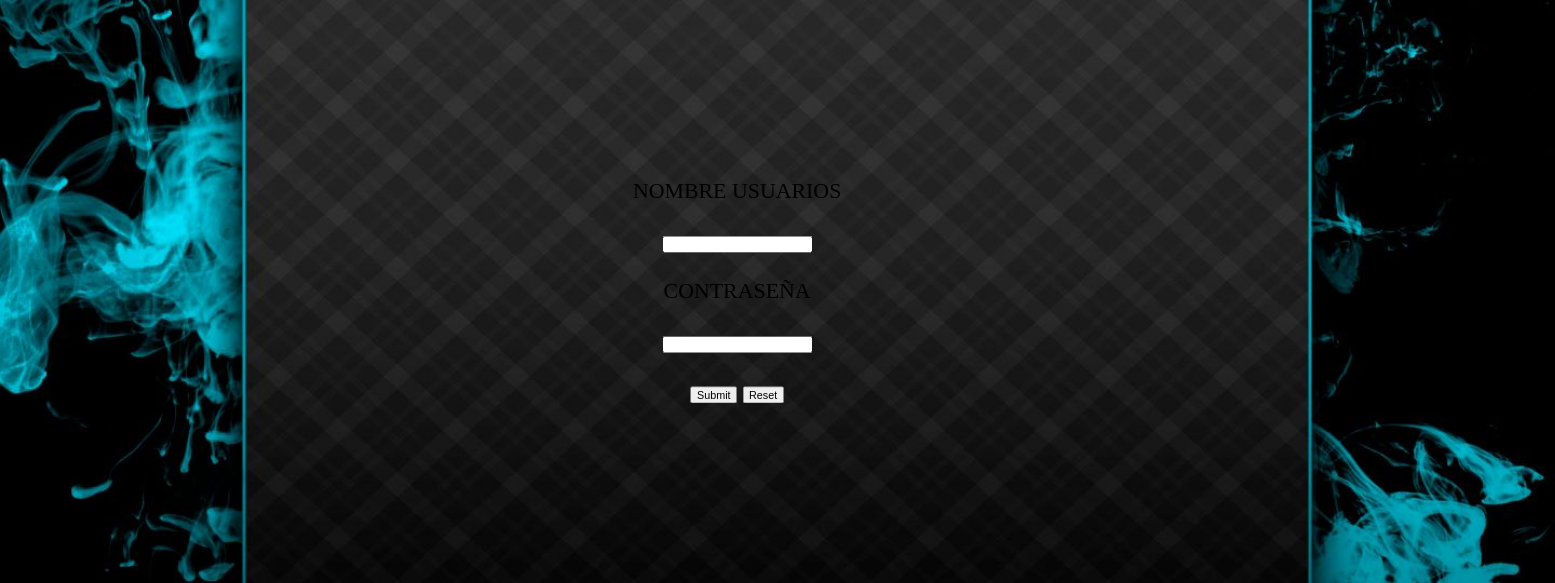
Repository: Gr0ot2/testing
Page: http://localhost/proyecto/acceso_pupilaje.jsp
The author's editor kept a copy of each file at every save. The page is drawn from the files as they stood at one save, then again after the next save.
The browser window is 1920 px wide. The pictures show the whole page, at 81% of full size.
Backgrounds fixed to the window are drawn as part of the page. The page is served by Tomcat 9.

Above is the page before, as saved 2023-05-24 07:46:06.

After the next save:
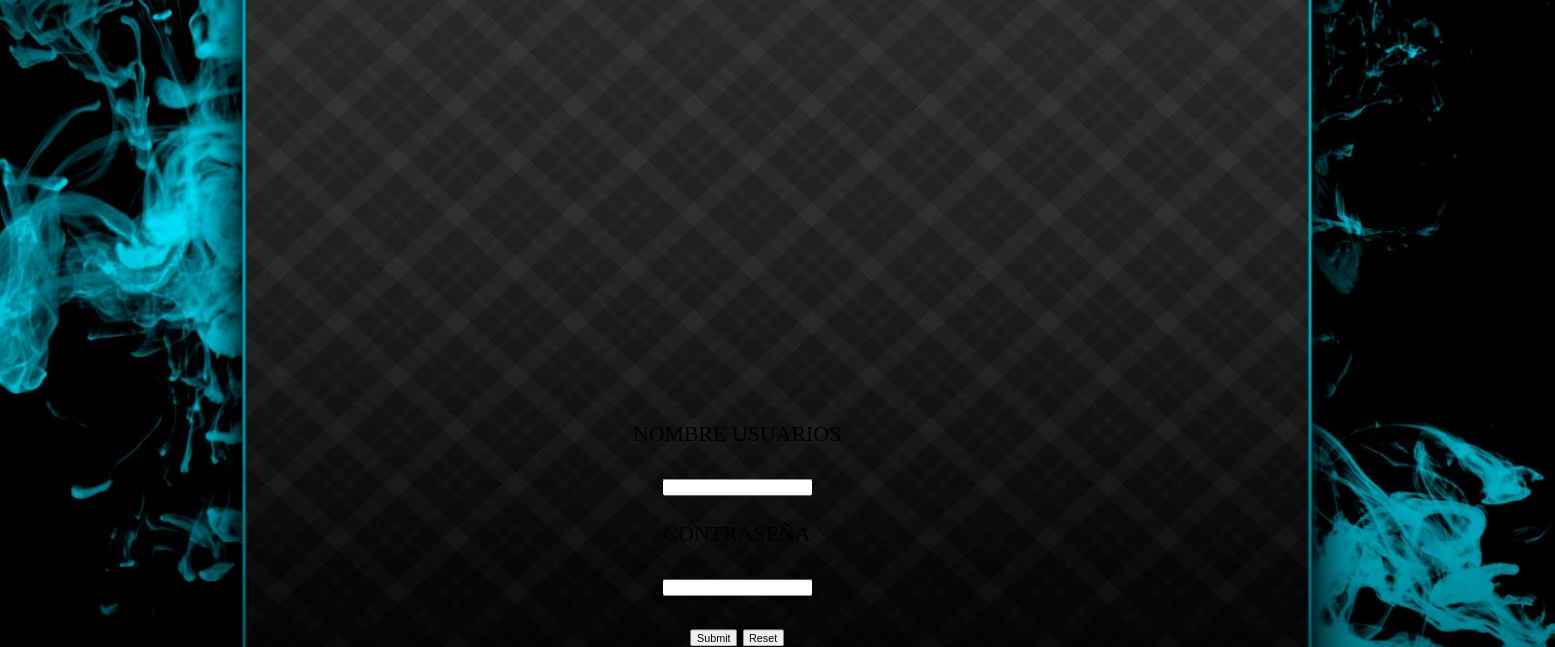
Saved 6 s later.
--- a/proyecto_final/proyecto_final/proyecto/WebContent/acceso_pupilaje.css
+++ b/proyecto_final/proyecto_final/proyecto/WebContent/acceso_pupilaje.css
@@ -37,7 +37,7 @@
 
 #cuestionario{
 position: relative;
-top: 200px;
+top: 500px;
 right: 50px;
 font-size: 27px;
 }

After the save that followed:
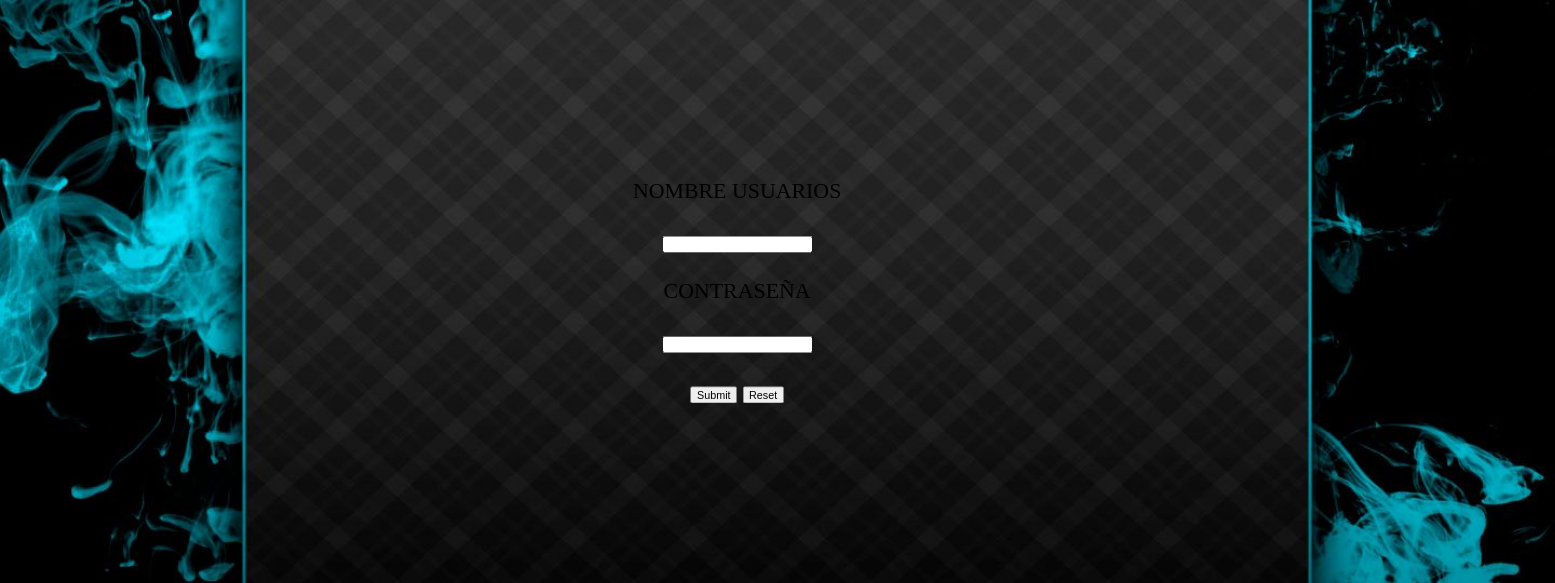
Saved 6 s later.
--- a/proyecto_final/proyecto_final/proyecto/WebContent/acceso_pupilaje.css
+++ b/proyecto_final/proyecto_final/proyecto/WebContent/acceso_pupilaje.css
@@ -37,7 +37,7 @@
 
 #cuestionario{
 position: relative;
-top: 500px;
+top: 200px;
 right: 50px;
 font-size: 27px;
 }
